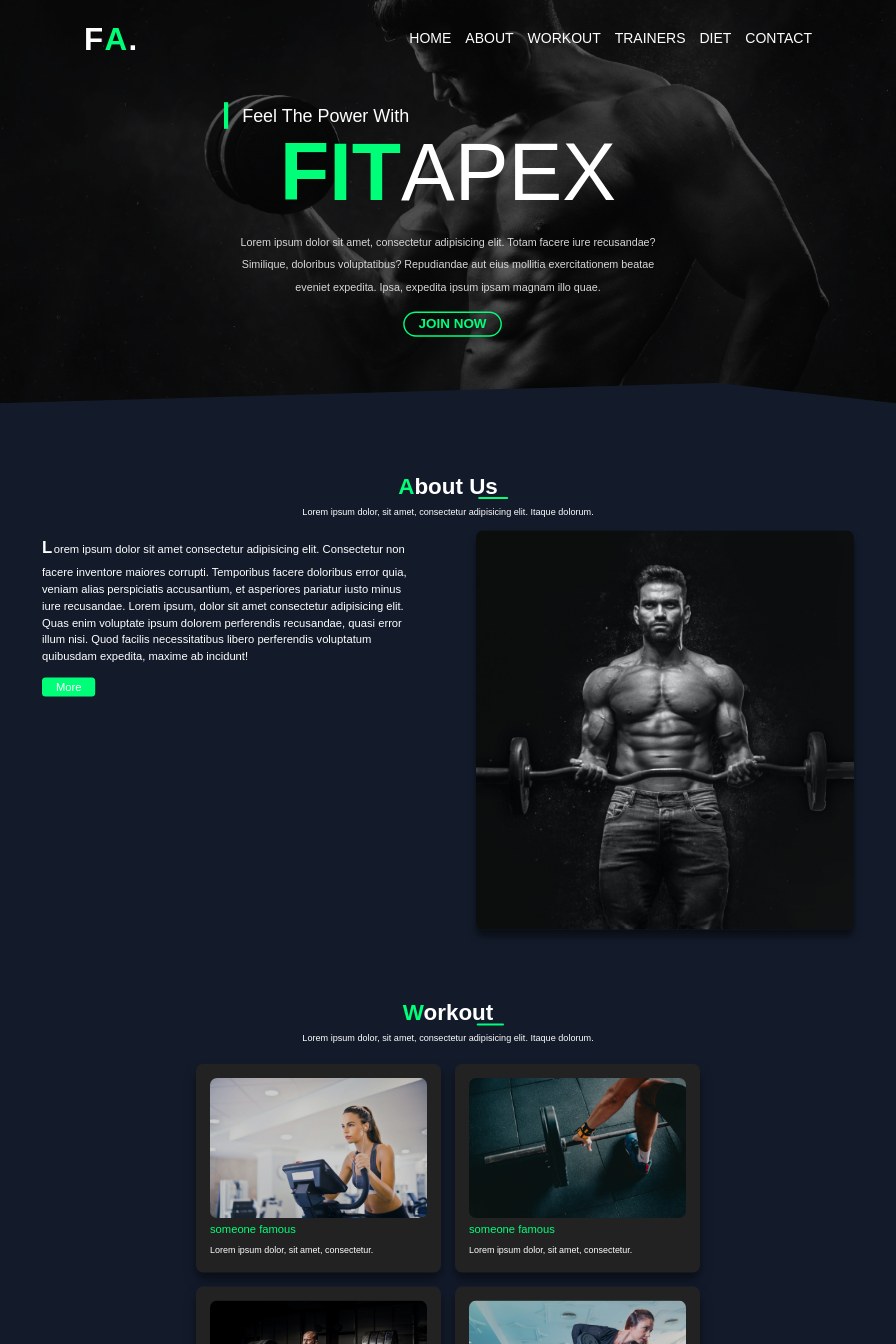
Repository: guilhermecardoso93/fitapex
Page: index.html
The author's editor kept a copy of each file at every save. The page is drawn from the files as they stood at one save, then again after the next save.
The browser window is 1280 px wide. The pictures show the part of the page from y = 0 to 1920 px (the page is 7266 px tall), at 70% of full size.

Above is the page before, as saved 2023-03-08 22:02:27.

After the next save:
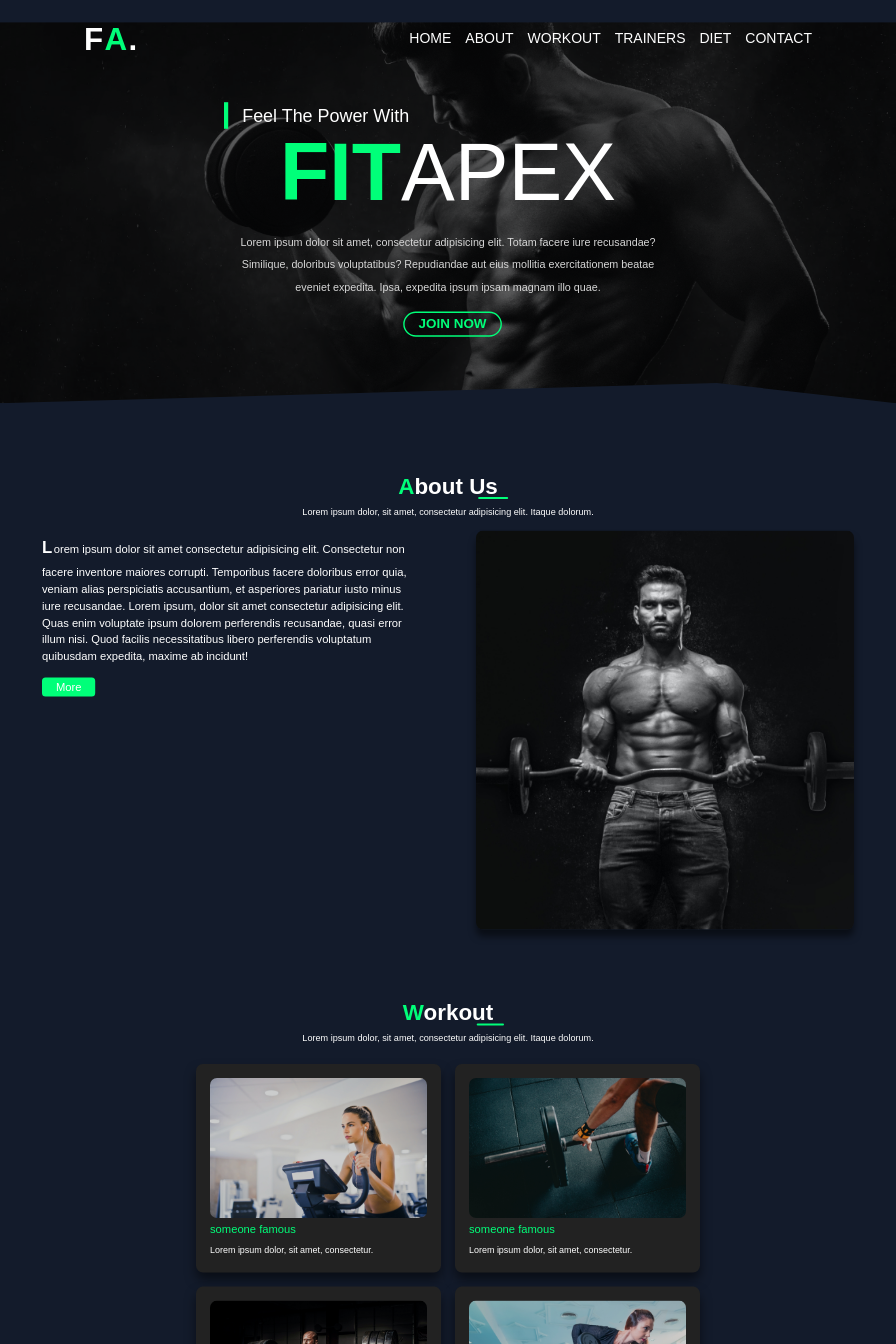
Saved 61 s later.
--- a/css/_home.css
+++ b/css/_home.css
@@ -14,6 +14,7 @@
   background-size: cover;
   background-position: center;
   filter: brightness(40%);
+  margin-top: 4rem;
 }
 
 .highlights {

After the save that followed:
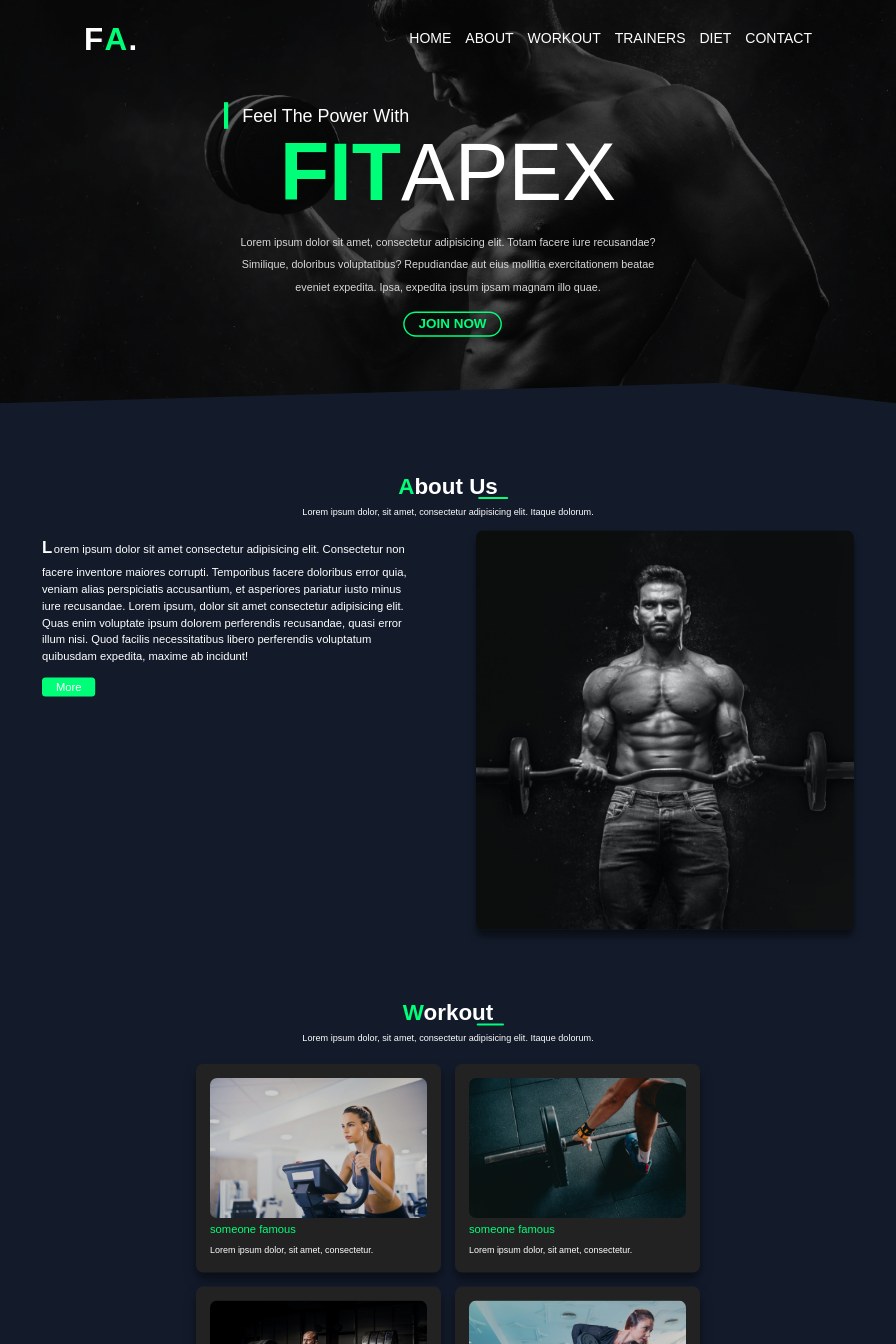
Saved 52 s later.
--- a/css/_home.css
+++ b/css/_home.css
@@ -14,7 +14,6 @@
   background-size: cover;
   background-position: center;
   filter: brightness(40%);
-  margin-top: 4rem;
 }
 
 .highlights {
